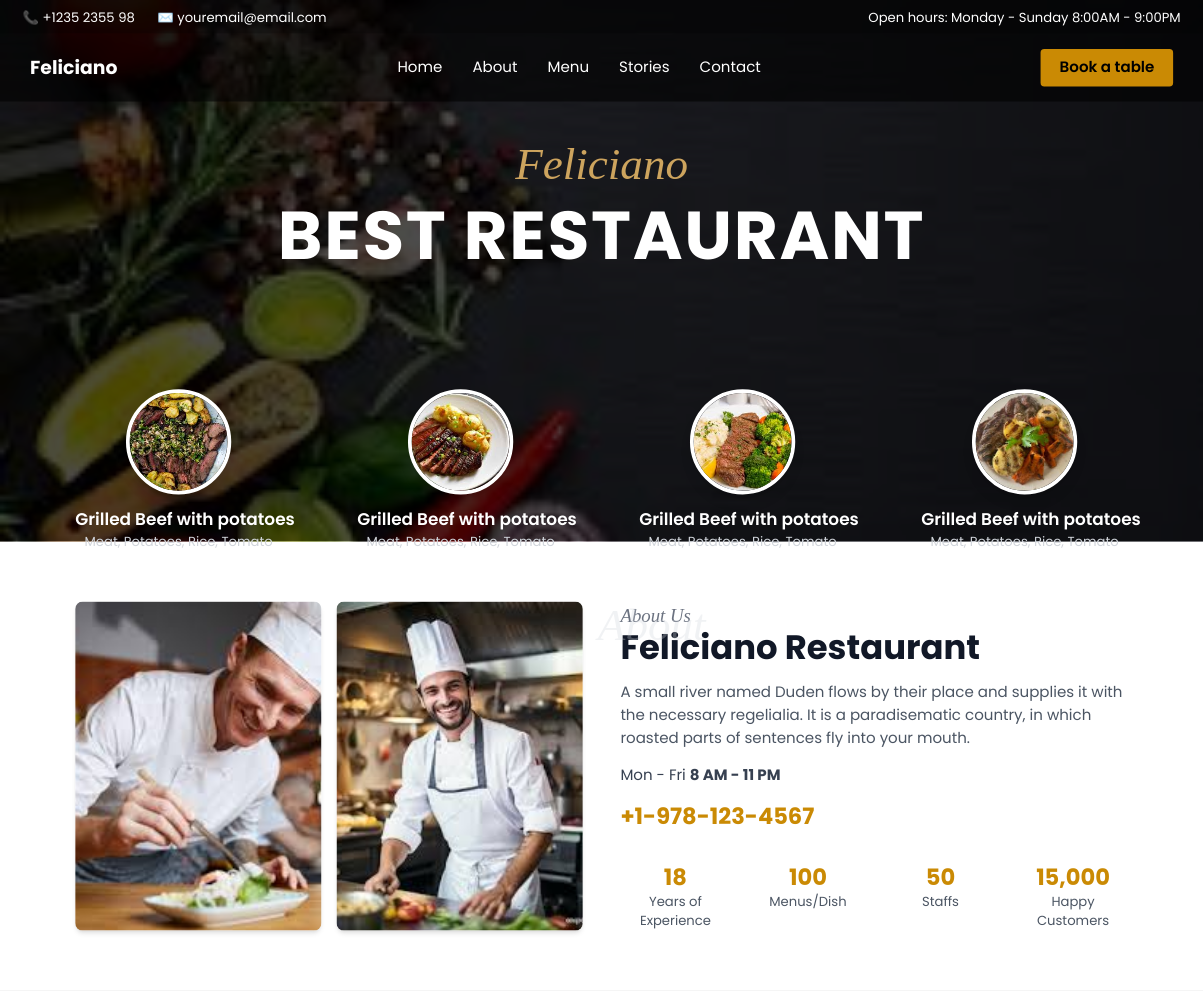
Repository: Purniagithub/Benttacproject
Page: /
An editor plug-in stored every save of this project. The page is shown before and after the next save, followed by the edit.
The browser window is 1280 px wide. The pictures show the whole page, at 94% of full size.
Some web fonts or font styles are not loaded; a fallback is used. The project was rebuilt for these pictures with package versions that can differ from the ones it lists, and the page was loaded fresh each time. Also part of the build but not shown: vite.config.js.

Above is the page before, as saved 2025-08-21 16:32:41.

After the next save:
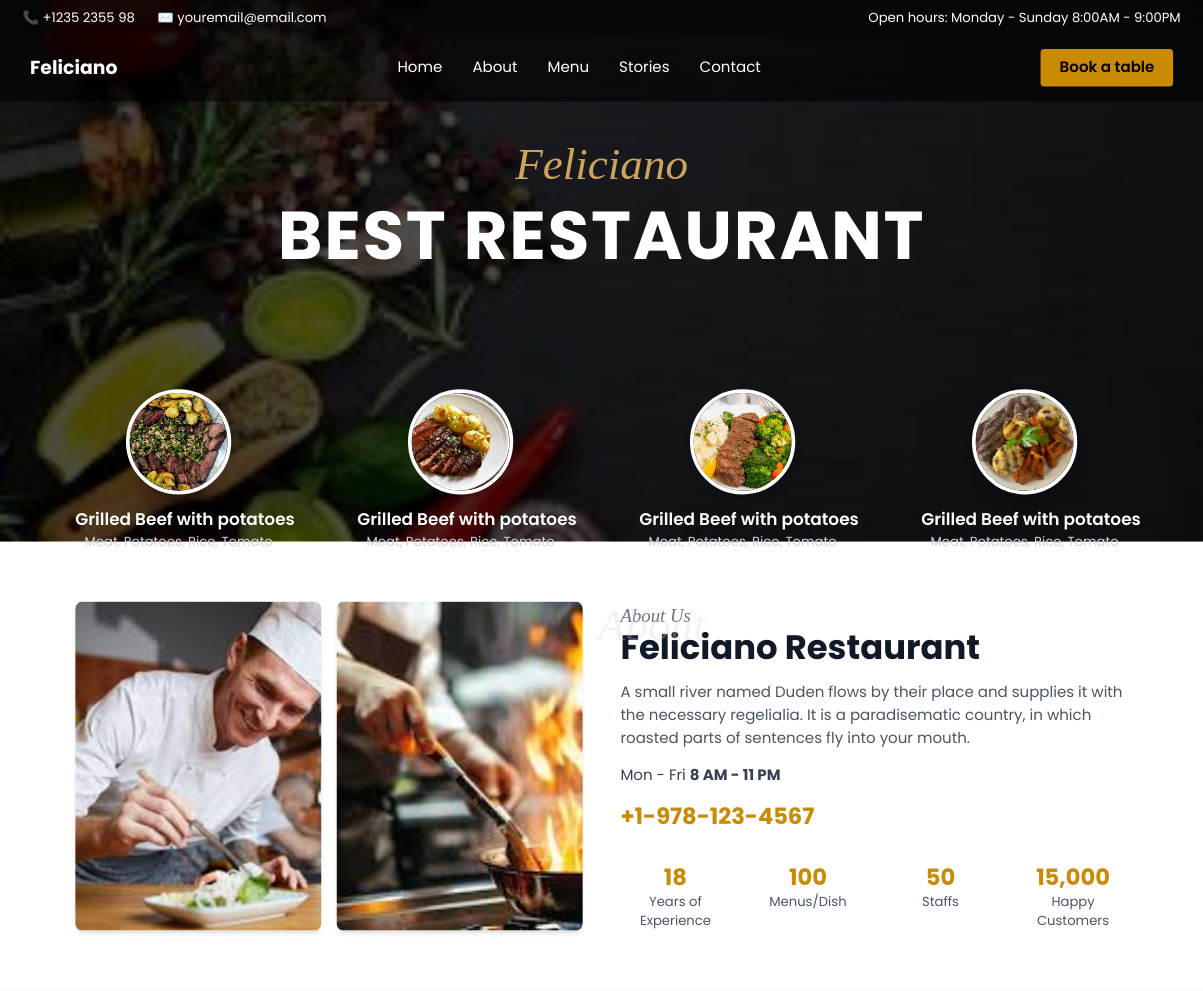
Saved 19 s later.
--- a/src/components/AboutSection.jsx
+++ b/src/components/AboutSection.jsx
@@ -13,7 +13,7 @@ export default function AboutSection() {
             className="rounded-lg shadow-md object-cover h-[350px] w-full"
           />
           <img
-            src="/chef-2.jpeg"
+            src="/chef-3.jpeg"
             alt="Cooking food"
             className="rounded-lg shadow-md object-cover h-[350px] w-full"
           />
